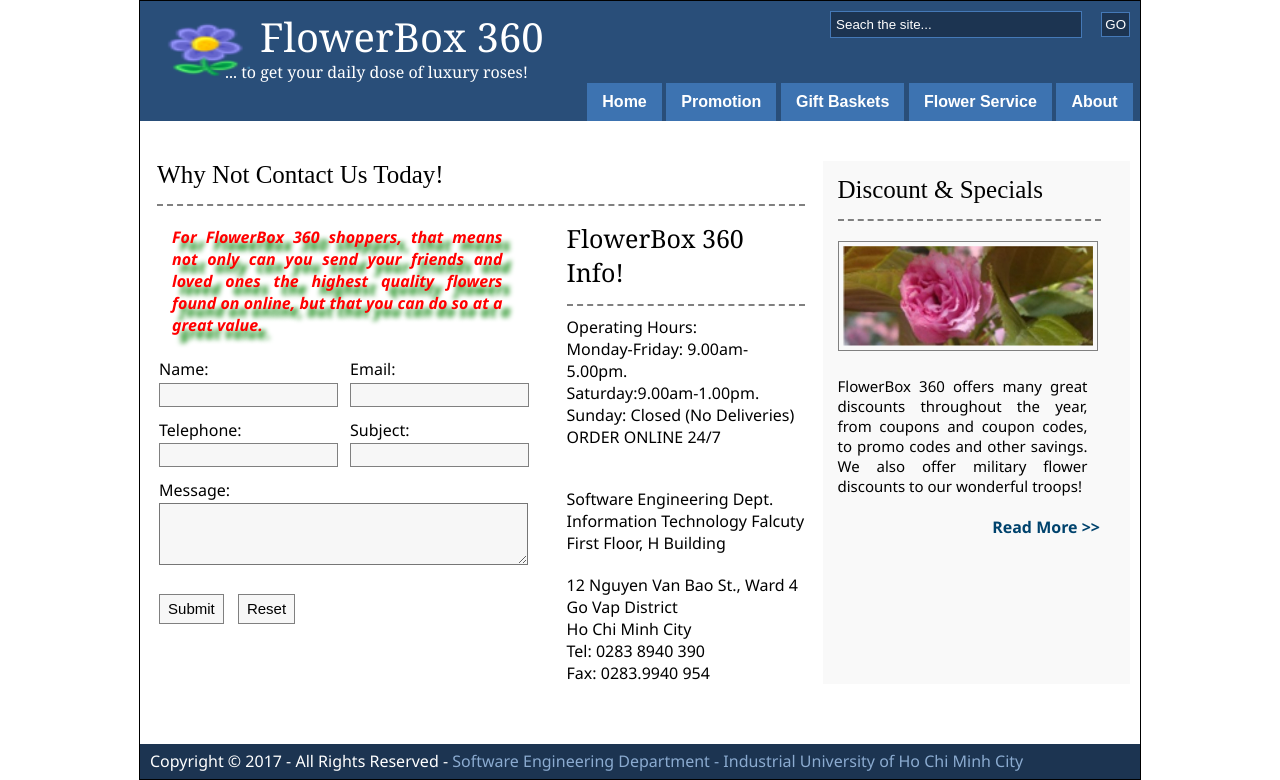
Repository: thu1365/BTKT_WEB
Page: HTML/btkt.html
The author's editor kept a copy of each file at every save. The page is drawn from the files as they stood at one save, then again after the next save.
The browser window is 1280 px wide. The pictures show the whole page.

Above is the page before, as saved 2023-03-11 21:34:09.

After the next save:
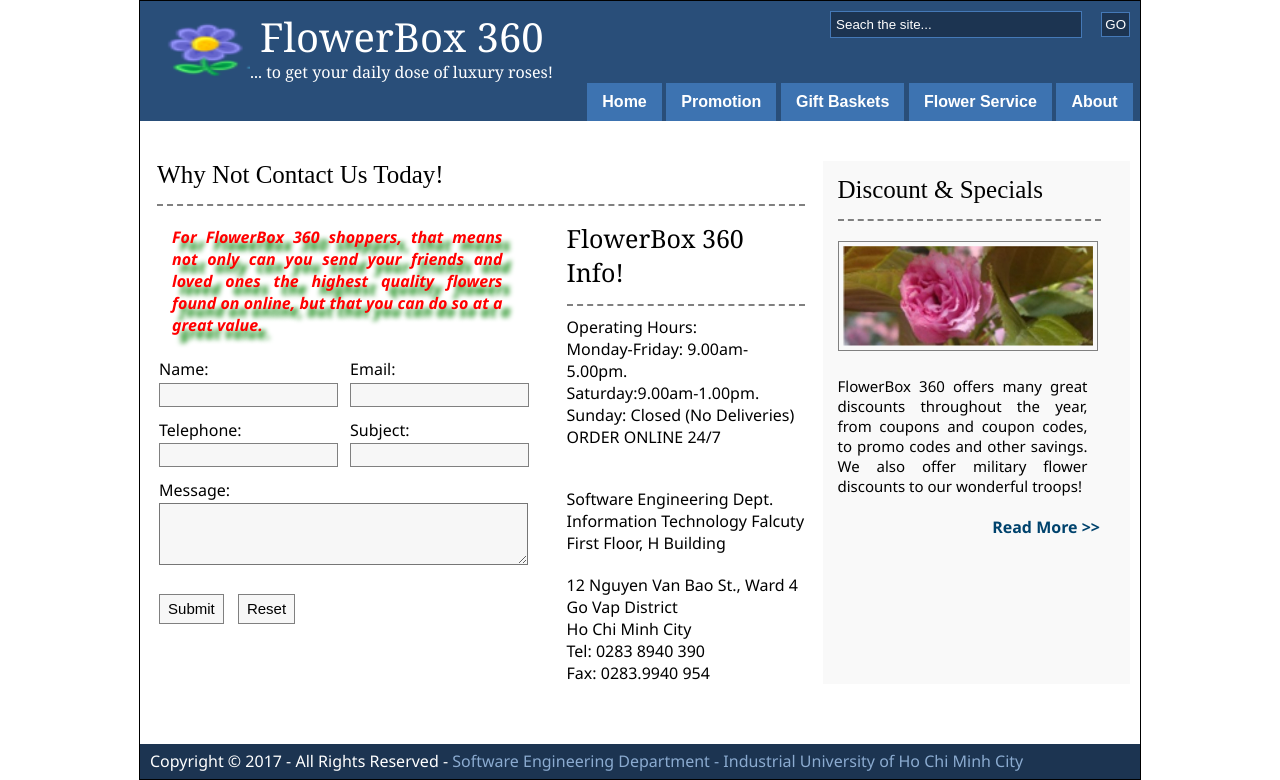
Saved 8 s later.
--- a/HTML/btkt.html
+++ b/HTML/btkt.html
@@ -45,7 +45,7 @@
         .name2 {
             color: #fff;
             position: absolute;
-            left: 85px;
+            left: 110px;
             top: 60px;
         }
 
